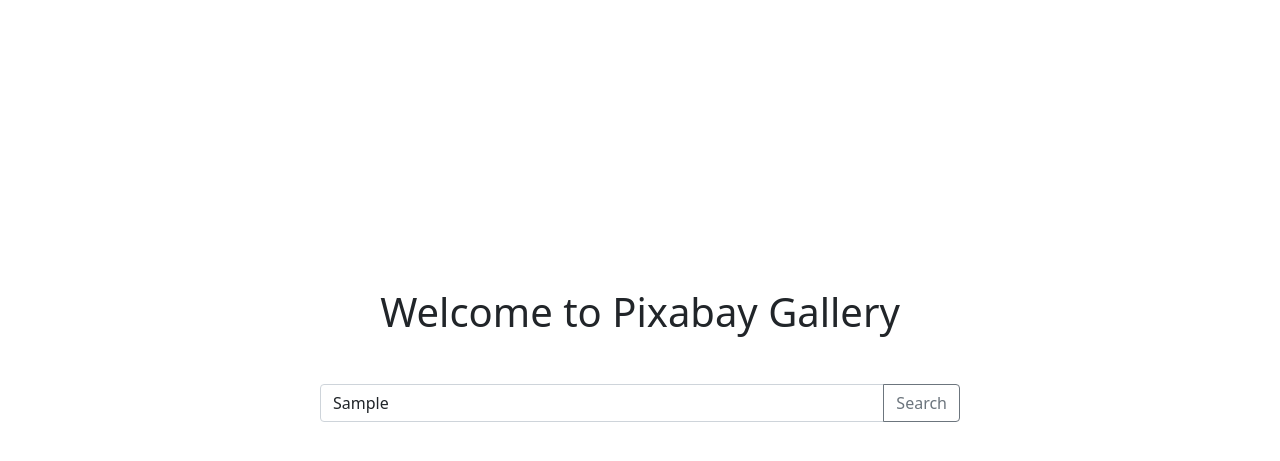
Repository: mehedi9465/PixaBay-Gallery
Page: index.html
An editor plug-in stored every save of this project. The page is shown before and after a run of saves, followed by the edit.
The browser window is 1280 px wide. The pictures show the whole page.
Empty fields were first filled with sample values (such as "Sample", 5 or name@example.com).
After loading, the first visible `#button-addon3` was clicked once.
The page's requests for data from a server got no answer.

Above is the page before, as saved 2023-05-09 15:23:04.

After the next 2 saves:
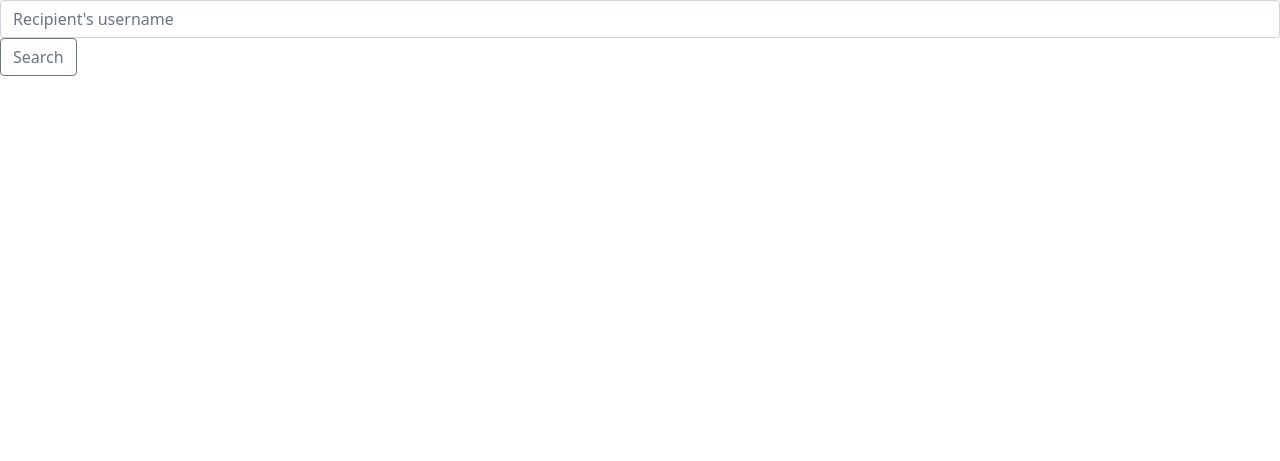
The 2 saves are shown as one change because they came seconds apart.
The last was saved 6 s later.
--- a/js/script.js
+++ b/js/script.js
@@ -19,7 +19,7 @@
   const inputValue = document.getElementById("InputField").value;
   getData(inputValue);
   document.getElementById("permanentTxt").removeAttribute("class", "d-none");
-  document.getElementById("permanentTxt").setAttribute("class", "d-none");
+  document.getElementById("welcomeTxt").setAttribute("class", "d-none");
 });
 
 const loadData = (datas) => {
@@ -80,7 +80,7 @@
 };
 
 const onPrev = (imgSerial) => {
-  if (imgSerial <= 19 && imgSerial >=1) {
+  if (imgSerial <= 19 && imgSerial >= 1) {
     imgSerial--;
     const data = dataList[imgSerial];
     loadDetails(data.largeImageURL, imgSerial);
